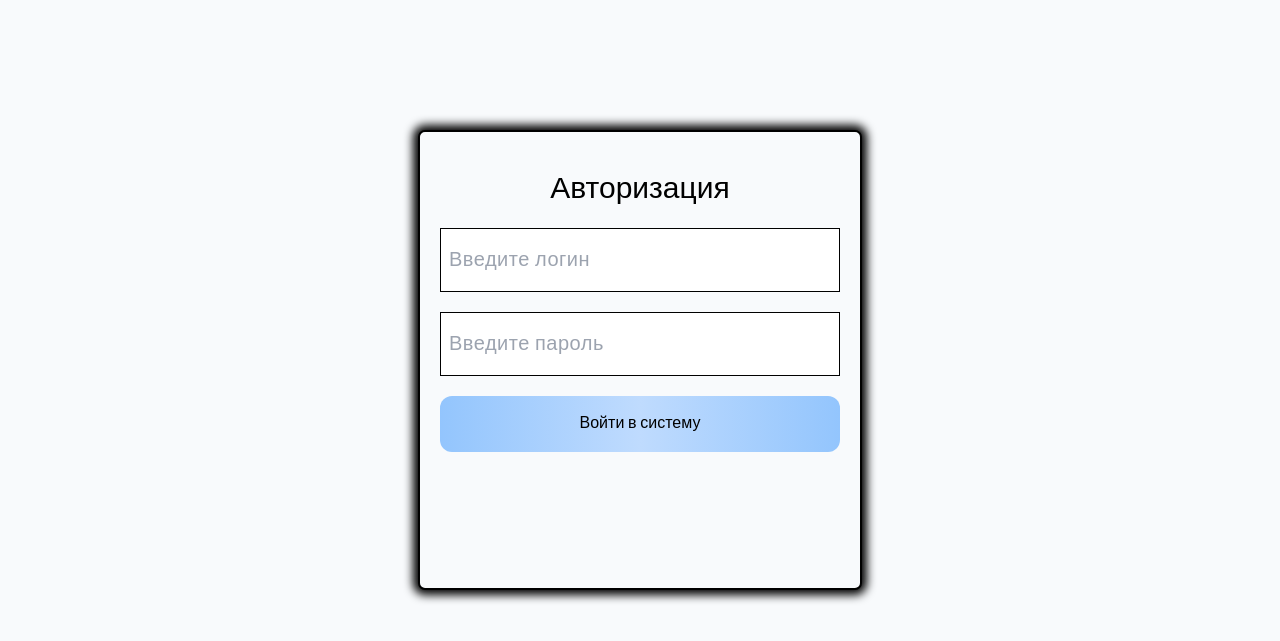
Repository: AlearvickOne/CartridgesApp
Page: /
An editor plug-in stored every save of this project. The page is shown before and after the next save, followed by the edit.
The browser window is 1280 px wide. The pictures show the whole page.
The page's requests for data from a server got no answer. The project was rebuilt for these pictures with package versions that can differ from the ones it lists, and the page was loaded fresh each time. The framework's server and built-in components were replaced by stand-ins that run in the browser. No one was signed in, and anything a server would have sent is missing. Also part of the build but not shown: next.config.mjs.

Above is the page before, as saved 2024-04-19 16:01:08.

### src/app/layout.tsx
import type { Metadata } from "next";
import { Catamaran } from "next/font/google";
import "./globals.scss";
import { AuthProvider } from "@/Providers/AuthProvider";
import { QueryProvider } from "@/Providers/QueryProvider";

const catamaran = Catamaran({ subsets: ["latin"], weight: ["100", "200", "400", "900"] });

export const metadata: Metadata = {
  title: "Cartridge App",
  description: "Application cartridge",
};

export default function RootLayout({
  children,
}: Readonly<{
  children: React.ReactNode;
}>) {
  return (
    <html lang="en">
      <body className={catamaran.className}>
        <QueryProvider>
          <AuthProvider>{children}</AuthProvider>
        </QueryProvider>
      </body>
    </html>
  );
}

### src/app/page.tsx
import { redirect } from "next/navigation";
import AuthorizationPage from "../components/AuthorizationPage";
import { auth, signIn } from "./api/auth/configs/auth";
import { FormEventHandler } from "react";
import { SignInError } from "@auth/core/errors";
import { AuthError } from "next-auth";
import { unknown } from "zod";

export default async function Home() {
  const session = await auth();

  const handleSubmit = async (
    login: FormDataEntryValue | null,
    password: FormDataEntryValue | null
  ) => {
    "use server";

    try {
      await signIn("credentials", {
        login: login,
        password: password,
        redirectTo: "/lobby",
      });
    } catch (error) {
      if (error instanceof AuthError) {
        switch (error.type) {
          case "CredentialsSignin":
            return "Неверный логин или пароль";
          default:
            return "Not found error";
        }
      }
      throw error;
    }
  };

  return (
    <div>
      <AuthorizationPage handleSubmit={handleSubmit} />
    </div>
  );
}

### src/Providers/AuthProvider.tsx
"use client";

import { SessionProvider } from "next-auth/react";
import { PropsWithChildren } from "react";

export const AuthProvider = ({ children }: PropsWithChildren) => {
  return <SessionProvider>{children}</SessionProvider>;
};

### src/Providers/QueryProvider.tsx
"use client";

import { QueryClient, QueryClientProvider } from "@tanstack/react-query";
import { PropsWithChildren } from "react";

const queryClient = new QueryClient();

export function QueryProvider({ children }: PropsWithChildren) {
  return <QueryClientProvider client={queryClient}>{children}</QueryClientProvider>;
}

### src/components/AuthorizationPage.tsx
"use client";
import styles from "@/styles/home/Home.module.scss";
import { useSession } from "next-auth/react";
import Image from "next/image";
import { useRouter } from "next/navigation";
import { useEffect, useState } from "react";
import SyncIcon from "@mui/icons-material/Sync";

interface ISession {
  handleSubmit: (login: FormDataEntryValue | null, password: FormDataEntryValue | null) => void;
}

function AuthorizationPage({ handleSubmit }: ISession) {
  const [isClick, setIsClick] = useState<boolean>(false);
  const [errorMessage, setErrorMessage] = useState<string | unknown>("");

  const session = useSession();
  console.log(isClick);

  return (
    <main className={styles.authContainer}>
      <div className={styles.authForm_wrapper}>
        <h1 className="mb-5 text-center text-xl">Авторизация</h1>
        <form
          action={async (formData) => {
            const res = await handleSubmit(formData.get("login"), formData.get("password"));
            typeof res !== "undefined" ? setIsClick(false) : setIsClick(true);
            setErrorMessage(res);
          }}
          className={styles.authForm}
        >
          <input type="text" name="login" placeholder="Введите логин" />
          <input type="password" name="password" placeholder="Введите пароль" />
          <button type="submit" onClick={() => setIsClick(true)}>
            {isClick ? <SyncIcon className="animate-spin" /> : "Войти в систему"}
          </button>

          {isClick ? (
            <></>
          ) : (
            <p className="mt-5 text-center text-rose-800 text-xl">{errorMessage as string}</p>
          )}
        </form>
      </div>
    </main>
  );
}

export default AuthorizationPage;

### src/app/api/auth/configs/auth.ts
import NextAuth from "next-auth";
import CredentialsProvider from "next-auth/providers/credentials";
import { UsersAuthStore } from "@/stores/usersStore";
import { IUsersAuth } from "@/types/auth.interface";
import { Provider } from "next-auth/providers";
import { signInSchema } from "../utils/zod";
import { ZodError } from "zod";

const providers: Provider[] = [
  CredentialsProvider({
    credentials: {
      login: { label: "text", type: "text" },
    },
    authorize: async (credentials) => {
      try {
        const { login, password } = await signInSchema.parseAsync(credentials);

        await UsersAuthStore.getAuthUsersActon();
        const user = UsersAuthStore.usersAuth.find((person) => {
          if (person?.login === login && person.password === password) return person;
        });

        if (!user) {
          throw Error("user not found");
        }

        return user as IUsersAuth;
      } catch (error) {
        if (error instanceof ZodError) return null;
        return null;
      }
    },
  }),
];

export const configAuth = {
  providers,
  // pages: { signIn: "/" },
  secret: process.env.AUTH_SECRET,
};

export const {
  auth,
  signIn,
  signOut,
  handlers: { GET, POST },
} = NextAuth(configAuth);

### src/styles/home/Home.module.scss
.authContainer {
  @apply flex justify-center items-center h-screen bg-slate-50 transition-all;

  .authForm_wrapper {
    @apply border-[2px] border-black rounded-[7px] py-10 px-5  bg-slate-50   text-black  shadow-upmd shadow-black;

    > h1 {
      @apply text-black text-3xl;
    }

    .authForm {
      @apply flex flex-col min-w-[25rem] min-h-[20rem];

      > input {
        @apply mb-5 px-2 text-xl tracking-wide outline-gray-900 border-[1px] border-black bg-white text-black w-full h-16;
      }

      > button {
        @apply p-2 rounded-xl hover:text-violet-200 text-black h-14 bg-gradient-to-r from-blue-300 via-blue-200 to-blue-300;
      }
    }
  }
}

### src/stores/usersStore.tsx
import { IUsersAuth } from "@/types/auth.interface";
import { RequiresClass } from "../services/requires.class";

import { observable, action, makeObservable } from "mobx";

class UsersStore {
  usersAuth: IUsersAuth[] = [];

  constructor() {
    makeObservable(this, {
      usersAuth: observable,
      getAuthUsersActon: action,
    });
  }

  getAuthUsersActon = async () => {
    try {
      const res = await RequiresClass.getUserAuthInfo();
      this.usersAuth = res.data;
    } catch (err) {
      console.warn(err);
    }
  };
}

export const UsersAuthStore = new UsersStore();

### src/app/api/auth/utils/zod.ts
import { object, string } from "zod";

export const signInSchema = object({
  login: string({ required_error: "login is required" })
    .min(1, "login is required")
    .max(20, "Длина логина должна составлять не более 20 символов"),
  password: string({ required_error: "Password is required" })
    .min(1, "Пароль должен быть больше")
    .max(20, "Пароль не должен быть больше 20 символов"),
});

### src/services/requires.class.ts
import { IUsersAuth } from "@/types/auth.interface";
import axios from "axios";

class Requires {
  private URL = "https://661e51d298427bbbef042f3e.mockapi.io/";

  async getUserAuthInfo() {
    return await axios.get<IUsersAuth[]>(`${this.URL}users`);
  }
}

export const RequiresClass = new Requires();

### tailwind.config.ts
import type { Config } from "tailwindcss";

const config: Config = {
  content: [
    "./src/pages/**/*.{js,ts,jsx,tsx,mdx}",
    "./src/components/**/*.{js,ts,jsx,tsx,mdx}",
    "./src/app/**/*.{js,ts,jsx,tsx,mdx}",
  ],
  theme: {
    extend: {
      boxShadow: {
        upmd: "0px 0px 10px 5px rgba(0, 0, 0, 0.3)",
      },
      backgroundImage: {
        "gradient-radial": "radial-gradient(var(--tw-gradient-stops))",
        "gradient-conic": "conic-gradient(from 180deg at 50% 50%, var(--tw-gradient-stops))",
      },
    },
  },
  plugins: [],
};
export default config;

Loaded but not shown: src/app/globals.scss (common file)

After the next save:
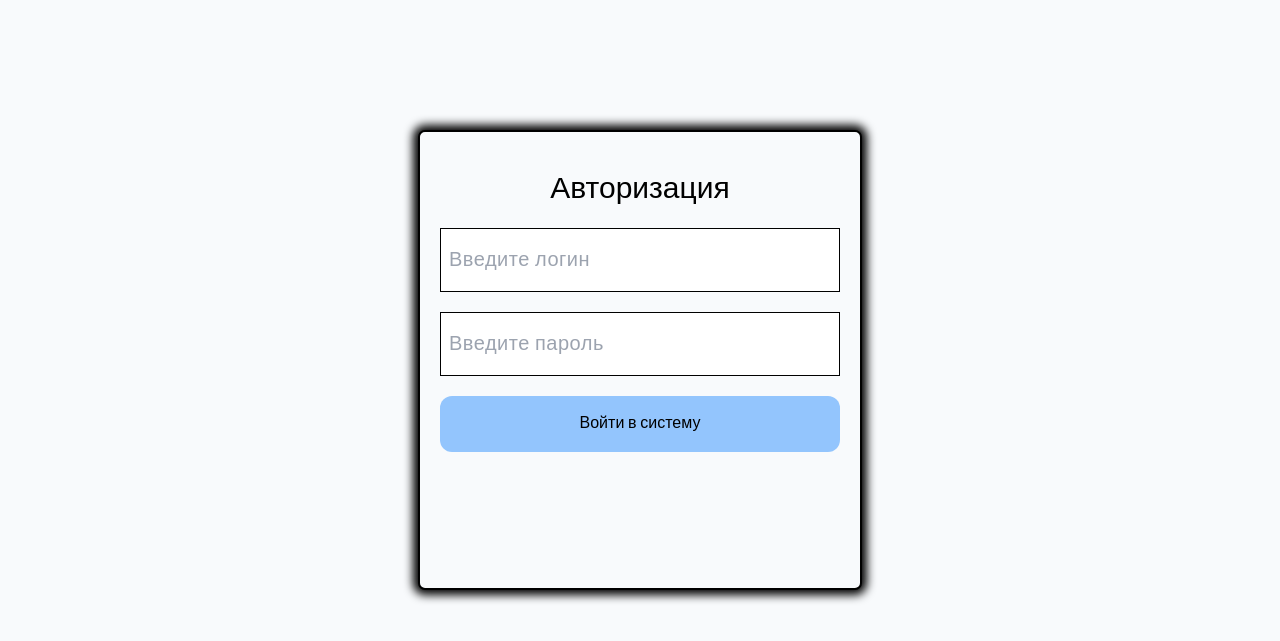
Saved 5 s later.
--- a/src/styles/home/Home.module.scss
+++ b/src/styles/home/Home.module.scss
@@ -16,7 +16,7 @@
       }
 
       > button {
-        @apply p-2 rounded-xl hover:text-violet-200 text-black h-14 bg-gradient-to-r from-blue-300 via-blue-200 to-blue-300;
+        @apply p-2 rounded-xl hover:text-violet-200 text-black h-14 bg-gradient-to-r from-blue-300 via-blue-300 to-blue-300;
       }
     }
   }
